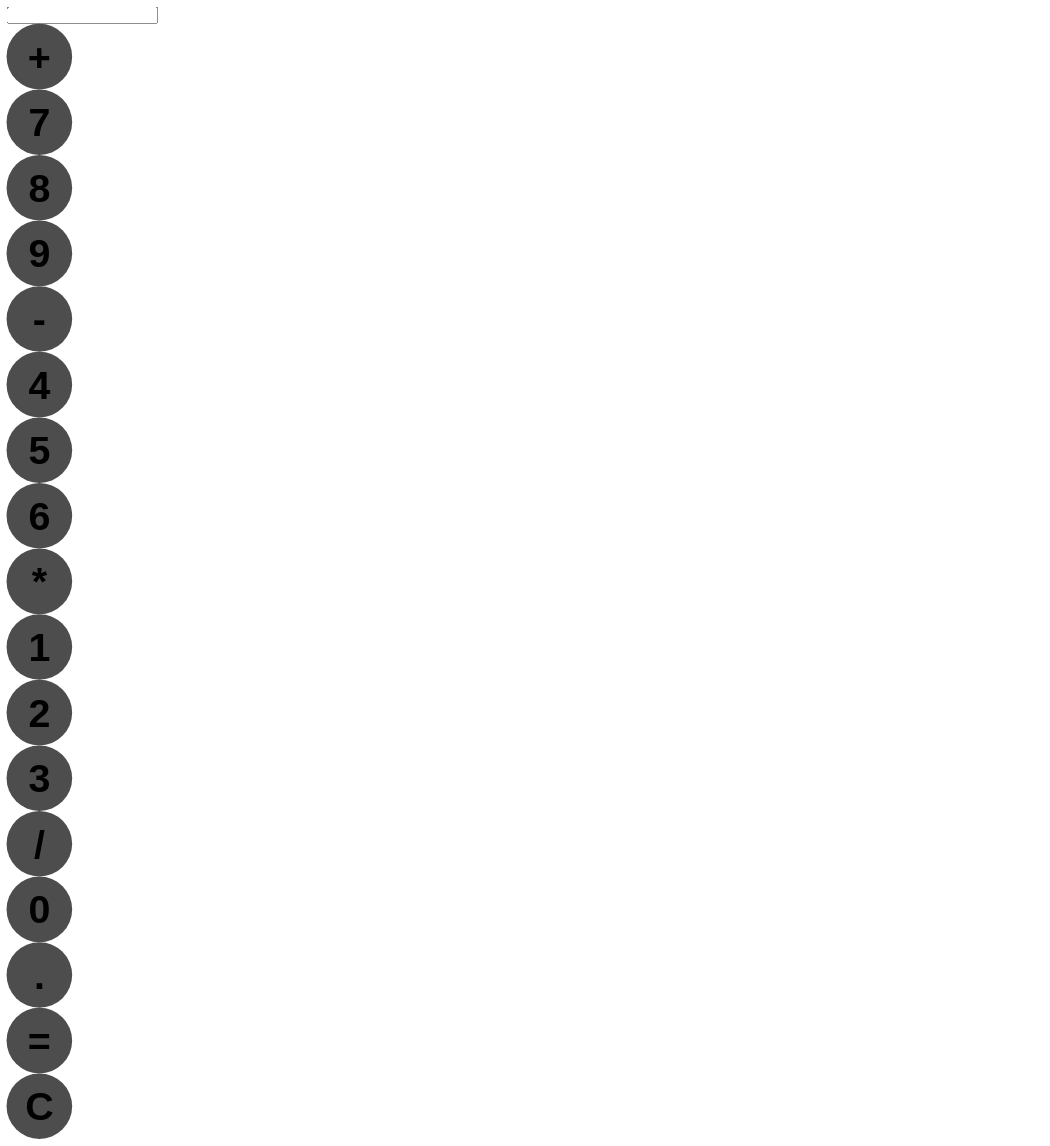
Repository: Haakim19/JavaScript
Page: Calculater/Main.html
An editor plug-in stored every save of this project. The page is shown before and after the next save, followed by the edit.
The browser window is 1280 px wide. The pictures show the whole page, at 82% of full size.

Above is the page before, as saved 2024-10-22 21:41:49.

After the next save:
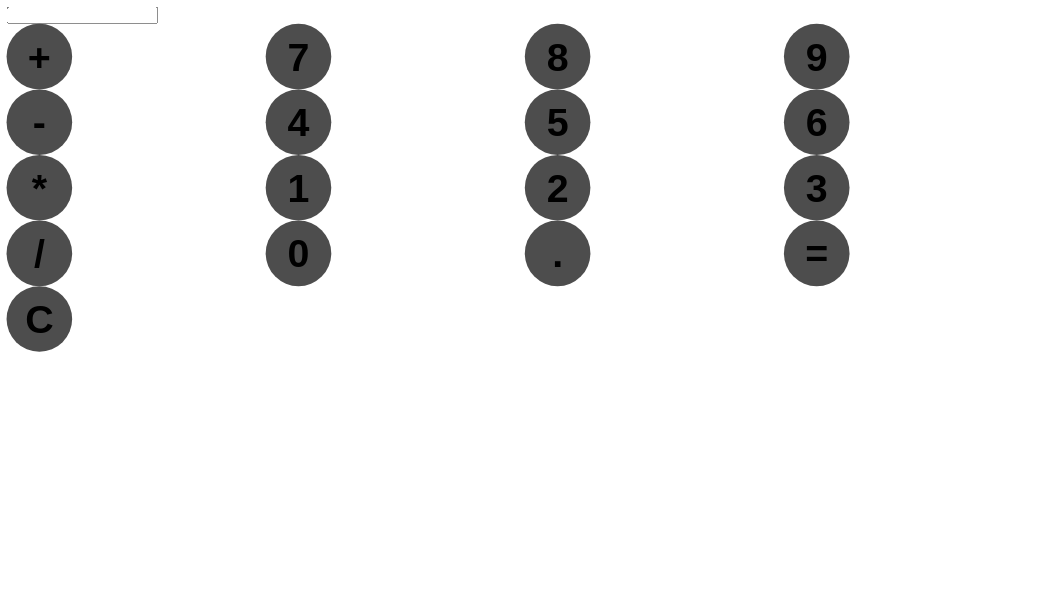
Saved 21 s later.
--- a/Calculater/Main.css
+++ b/Calculater/Main.css
@@ -1,5 +1,6 @@
 .keys{
     display: grid;
+    grid-template-columns: repeat(4, 1fr);
 }
 button{
     width: 80px;
